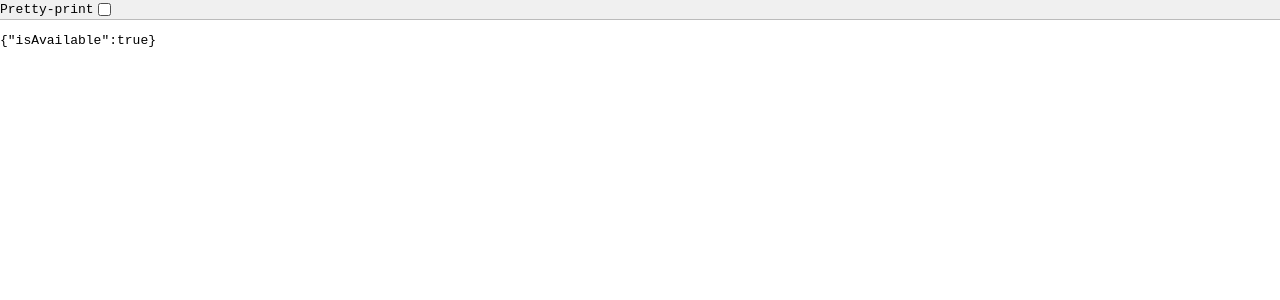
Repository: 2JISUN/hta-lecture-basic
Page: http://localhost/jsp04/member/idCheck.jsp
These files come from the project's save history. The page is drawn as it stood at one moment and after the next save; the edit follows.
The browser window is 1280 px wide. The pictures show the whole page.
The page is served by Tomcat 10. Queries for data that is not in the repository find no rows.

Above is the page before, as saved 2023-09-20 07:14:11.

After the next save:
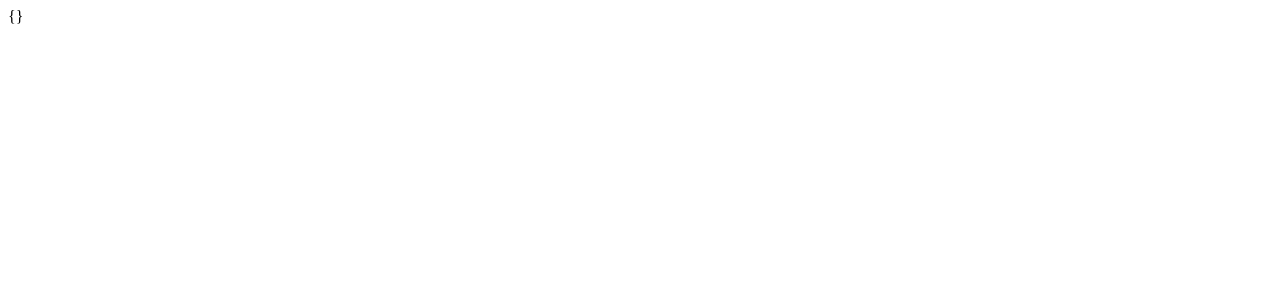
Saved 59 s later.
--- a/jsp-lecture/jsp04/src/main/webapp/member/idCheck.jsp
+++ b/jsp-lecture/jsp04/src/main/webapp/member/idCheck.jsp
@@ -72,11 +72,11 @@
 	//6. 서버 응답용 JSON 객체를 생성합니다.
 	//서버에서 클라이언트로 데이터를 전달하기 위해 JSON 형식으로 데이터를 변환하고 전송하기 위함
 	//사용목적? 좋아서~~
-    Gson gson = new Gson();
-    String jsonResponse = gson.toJson(Map.of("isAvailable", isAvailable));
-    response.setContentType("application/json");
-    response.setCharacterEncoding("UTF-8");
-    response.getWriter().write(jsonResponse);
+	Map<String,Integer> map = new HashMap<>();
+	Gson gson = new Gson();
+	String json = gson.toJson(map);
+	out.println(json);
+
 
 	// Spring은 이걸 내장하고 있음...
 %>

After the save that followed:
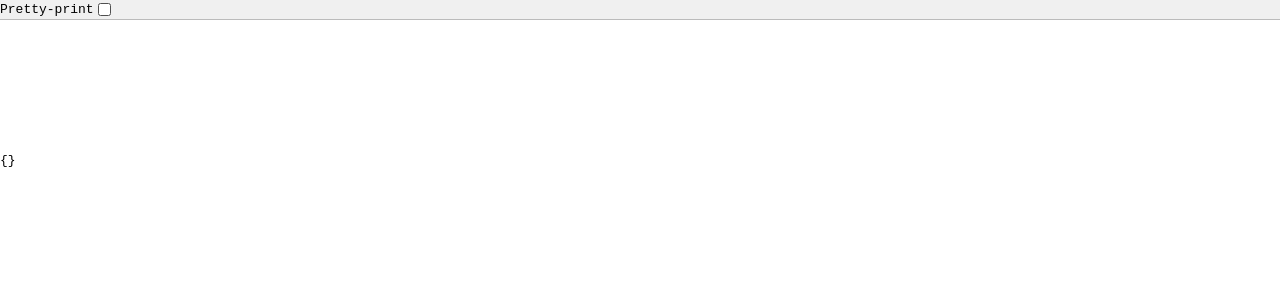
Saved 111 s later.
--- a/jsp-lecture/jsp04/src/main/webapp/member/idCheck.jsp
+++ b/jsp-lecture/jsp04/src/main/webapp/member/idCheck.jsp
@@ -17,7 +17,7 @@
 */
 	//역할 : 클라이언트에게 전송되는 데이터의 형식과 문자 인코딩을 명시적으로 지정
 	//목적 : 이를 통해 데이터의 정확한 해석과 처리가 가능해집니다.
-	response.setContentType("text/html; charset=utf-8");
+	response.setContentType("application/json; charset=utf-8");
 
 
 	//0.전역변수 할당
